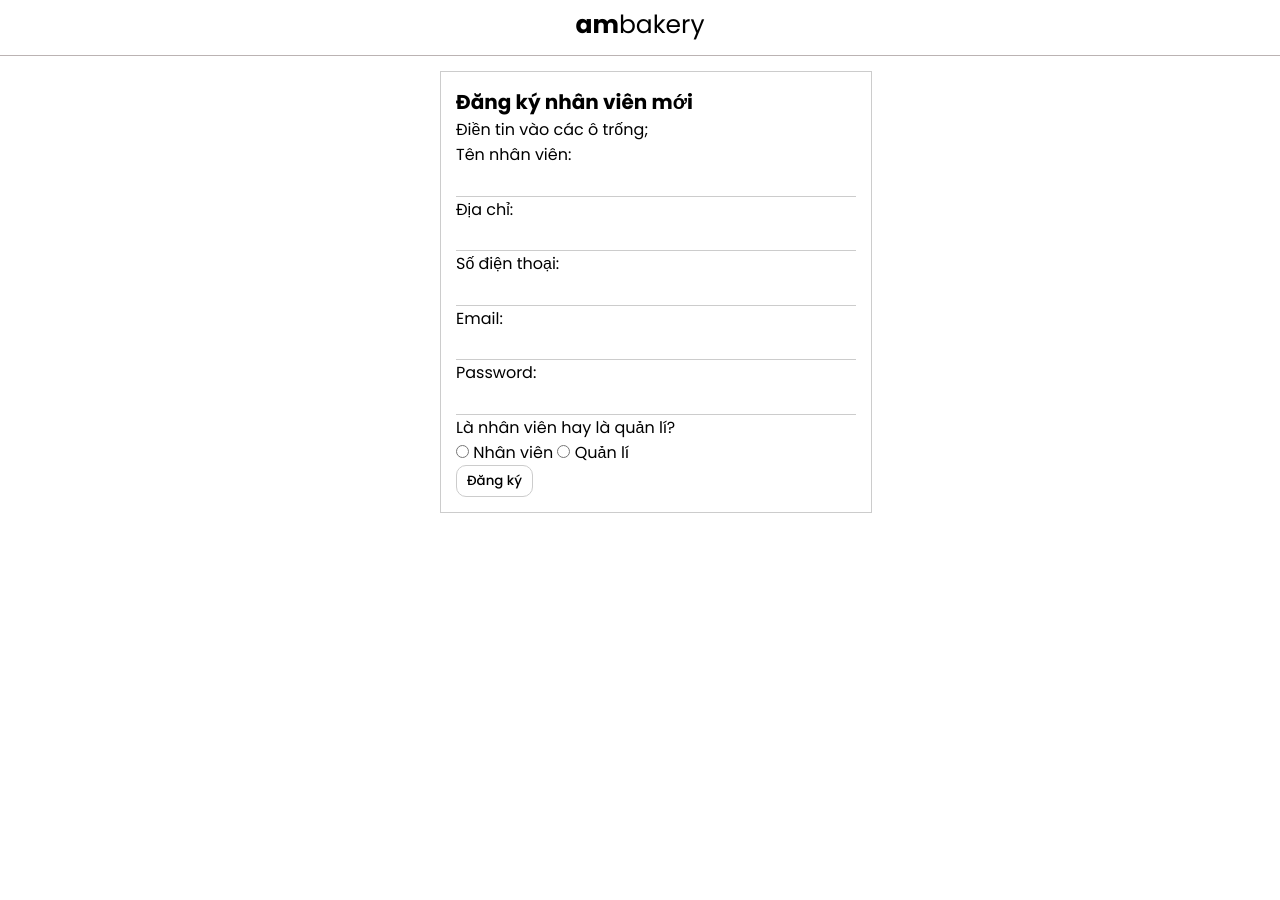
Repository: ntsanq/AmBakery
Page: http://localhost/j2school_Project/admin/dashboard_quanly/form_them_nhanvien.php
These files come from the project's save history. The page is drawn as it stood at one moment and after the next save; the edit follows.
The browser window is 1280 px wide. The pictures show the whole page.
The page is run by PHP 8.4 with error messages shown; the project is at /var/www/html/.

Above is the page before, as saved 2021-12-22 06:52:56.

### admin/dashboard_quanly/form_them_nhanvien.php
<!DOCTYPE html>
<html>
<head>
	<meta charset="utf-8">
	<meta name="viewport" content="width=device-width, initial-scale=1">
	<title>Đăng ký cho nhân viên</title>
	<link rel="stylesheet" href="css/form.css">
	<link href="https://fonts.googleapis.com/css2?family=Poppins:wght@300;400;500;600;700&family=Roboto:wght@500&display=swap0" rel="stylesheet">
</head>
<body>
<header>
        <div id="header">
            <a href="#" class="header__logo" >
                <span><b>am</b>bakery</span>
            </a>
        </div>
    </header>
	<div class="container">
		<form action="them_nhanvien_process.php" method="POST">
			<div class="form__heading">
				<h1>Đăng ký nhân viên mới</h1>
				<p>Điền	 tin vào các ô trống;</p>
				</div>
				<!-- <label for="ma">Mã nhân viên: </label>
				<input type="text" name="ma">
				<br> -->
				<label for="ten">Tên nhân viên: </label>
				<br>
				<input class="input--form" type="text" name="ten">
				<br>
				<label for="dia_chi">Địa chỉ: </label>
				<br>
				<input class="input--form" type="text" name="dia_chi">
				<br>
				<label for="sdt">Số điện thoại: </label>
				<br>
				<input class="input--form" type="text" name="sdt">
				<br>
				<label for="email">Email: </label>
				<br>
				<input class="input--form" type="text" name="email">
				<br>
				<label for="mat_khau">Password: </label>
				<br>
				<input class="input--form" type="password" name="mat_khau">
				<br>
				<label for="cap_do">Là nhân viên hay là quản lí?  </label>
				<br>
				<input type="radio" name="cap_do" value="0">
				<label for="nhan_vien">Nhân viên </label>
				<input type="radio" name="cap_do" value="1">
				<label for="quan_li">Quản lí </label>
				<br>
				<input type="submit" id="them_nhanvien_btn" value="Đăng ký">

		</form>
	</div>
</body>
</html>

### admin/dashboard_quanly/css/form.css
*{
	margin: 0;
	padding: 0;
}

html{
	box-sizing: border-box;
	font-size: 62.5%; /*10px*/
}

body{
	font-family: "Poppins", sans-serif;
	font-size: 1.6rem;
	height:90rem;
	font-weight: 400;
}
header{
	width: 100%;
	height: 50px;
	font-family: inherit;
	display: flex;
	justify-content: center;
	align-items: center;
	font-size: 1.5rem;
	padding-bottom: 0.5rem;
	border-bottom: 1px solid rgb(187, 179, 179);
	position: relative;
	background-color: white;
}
a{
	text-decoration: none;
	color: black;
}
p{
	margin-bottom: 0%;
}
.header__logo span{
	font-size: 2.5rem;
}
.container{
  width: 40rem;
  margin: 0 auto;
  margin-top: 1.5rem;

}
.container form{
  margin: 0 auto;
  padding: 1.5rem;
  border: 1px solid #ccc;
	width: 100%;

}
form div h1{
  font-size: 2rem;
}
form .input--form{
	width: 100%;
	height: 20px;
	border: none;
	padding-bottom: 0.5rem;
	border-bottom: solid 1px #ccc;
}
.input--form:focus{
	outline: none;
	background-color: rgba(230, 230, 230, 0.322);
}

form ~ label{
	display: block;
	padding-top: 1.5rem;

}

#them_nhanvien_btn{
  border: 1px solid #ccc;
  border-radius: 1rem;
  padding: 0.5rem 1rem;
  background-color: transparent;
  font-family: inherit;
  font-weight: 500;
}
#them_nhanvien_btn:hover{
  cursor: pointer;
  transform: scale(1.05);
  box-shadow: 0px 5px .5rem 0px rgba(0, 0, 0, 0.39);
}

After the next save:
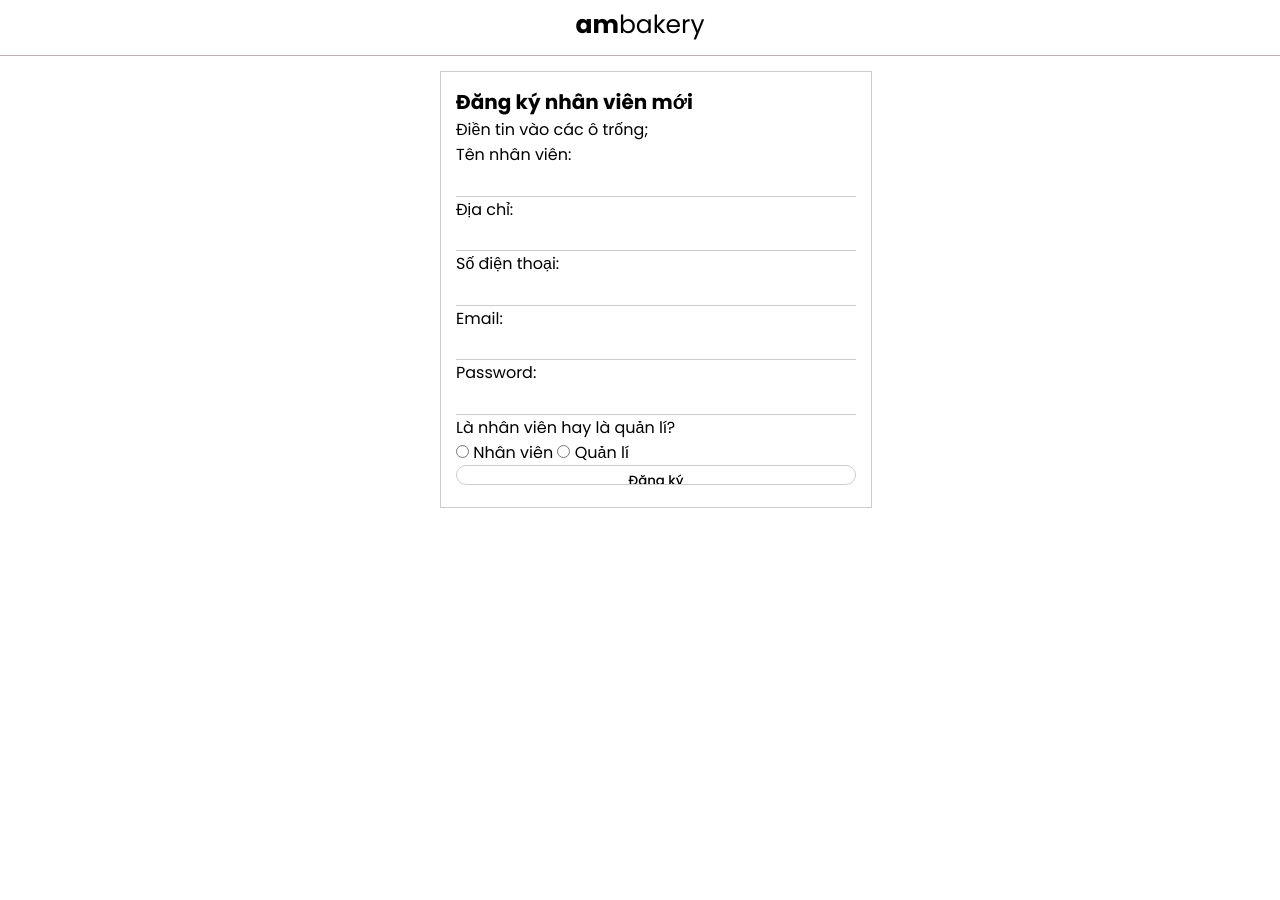
Saved 51 s later.
--- a/admin/dashboard_quanly/form_them_nhanvien.php
+++ b/admin/dashboard_quanly/form_them_nhanvien.php
@@ -51,7 +51,7 @@
 				<input type="radio" name="cap_do" value="1">
 				<label for="quan_li">Quản lí </label>
 				<br>
-				<input type="submit" id="them_nhanvien_btn" value="Đăng ký">
+				<input class="input--form" type="submit" id="them_nhanvien_btn" value="Đăng ký">
 
 		</form>
 	</div>
